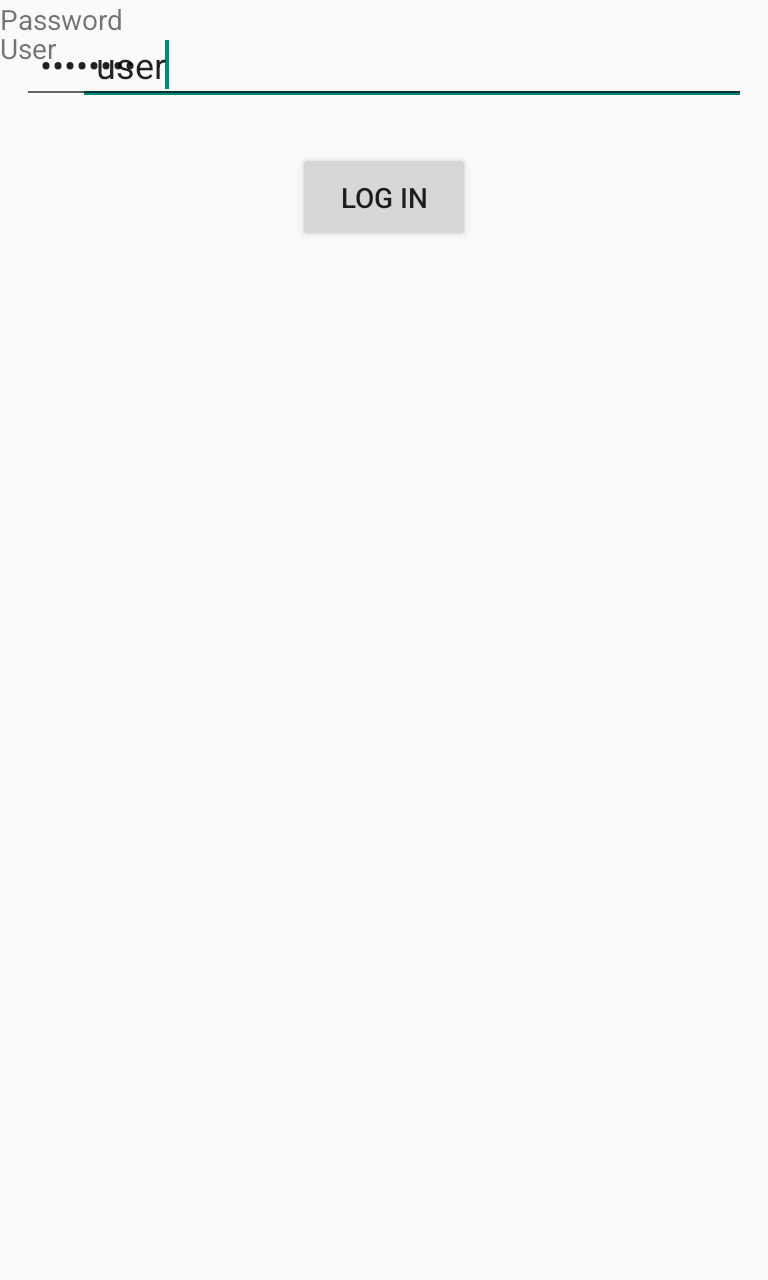
Repository: mgorski-mg/FunsCounter
Layout: FunsCounter/res/layout/login_fragment.xml
The author's editor kept a copy of each file at every save. The layout is drawn from the files as they stood at one save, then again after the next save.
It is drawn on a 768 x 1280 px phone screen (xhdpi) without system bars, with theme AppTheme; the app's code is not run.

Above is the layout before, as saved 2014-02-10 18:17:54.

### FunsCounter/res/layout/login_fragment.xml
<RelativeLayout xmlns:android="http://schemas.android.com/apk/res/android"
    android:layout_width="fill_parent"
    android:layout_height="wrap_content"
    android:layout_gravity="center" >

    <LinearLayout
        android:layout_width="fill_parent"
        android:layout_height="wrap_content" >

        <TextView
            android:layout_width="wrap_content"
            android:layout_height="wrap_content"
            android:text="@string/user" />

        <EditText
            android:id="@+id/user"
            android:layout_width="match_parent"
            android:layout_height="wrap_content"
            android:layout_alignParentTop="true"
            android:layout_margin="10dp"
            android:ems="10"
            android:inputType="text"
            android:padding="10dp"
            android:text="user" >

            <requestFocus />
        </EditText>
    </LinearLayout>

    <TextView
            android:layout_width="wrap_content"
            android:layout_height="wrap_content"
            android:text="@string/password" />

    <EditText
        android:id="@+id/password"
        android:layout_width="match_parent"
        android:layout_height="wrap_content"
        android:layout_below="@+id/user"
        android:layout_margin="10dp"
        android:ems="10"
        android:inputType="textPassword"
        android:padding="10dp"
        android:text="password" />

    <Button
        android:id="@+id/loginButton"
        android:layout_width="wrap_content"
        android:layout_height="wrap_content"
        android:layout_below="@+id/password"
        android:layout_centerHorizontal="true"
        android:layout_margin="10dp"
        android:padding="10dp"
        android:text="@string/login" />

</RelativeLayout>

### FunsCounter/res/values/styles.xml
<resources>

    <style name="AppBaseTheme" parent="Theme.AppCompat.Light"></style>

    <!-- Application theme. -->
    <style name="AppTheme" parent="AppBaseTheme"></style>

    <style name="AppTheme.NoTitleBar" parent="AppBaseTheme">
        <item name="windowActionBar">false</item>
    </style>

</resources>

### FunsCounter/res/values/strings.xml
<?xml version="1.0" encoding="utf-8"?>
<resources>

    <string name="app_name">Funs Counter</string>
    <string name="refresh_event_list">Refresh Event List</string>
    <string name="refresh_content">Refresh Content</string>
    <string name="connection_problem">Can\'t download data! Please check your internet connection.</string>
    <string name="login">Log In</string>
    <string name="cant_login">Wrong username or password!</string>
    <string name="wait">Please wait!</string>
    <string name="user">User</string>
    <string name="password">Password</string>


</resources>

After the next save:
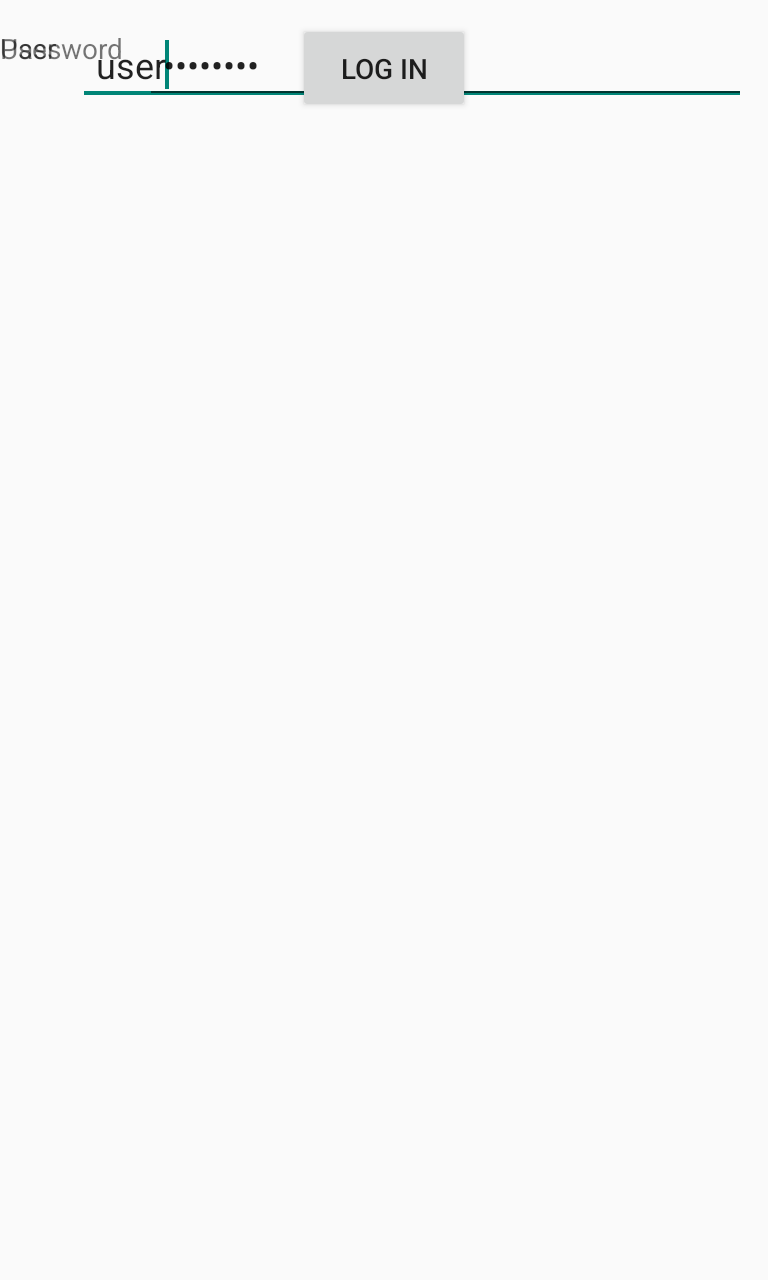
Saved 22 s later.
--- a/FunsCounter/res/layout/login_fragment.xml
+++ b/FunsCounter/res/layout/login_fragment.xml
@@ -27,6 +27,10 @@
         </EditText>
     </LinearLayout>
 
+    <LinearLayout
+        android:layout_width="fill_parent"
+        android:layout_height="wrap_content" >
+
     <TextView
             android:layout_width="wrap_content"
             android:layout_height="wrap_content"
@@ -42,6 +46,7 @@
         android:inputType="textPassword"
         android:padding="10dp"
         android:text="password" />
+    </LinearLayout>
 
     <Button
         android:id="@+id/loginButton"
